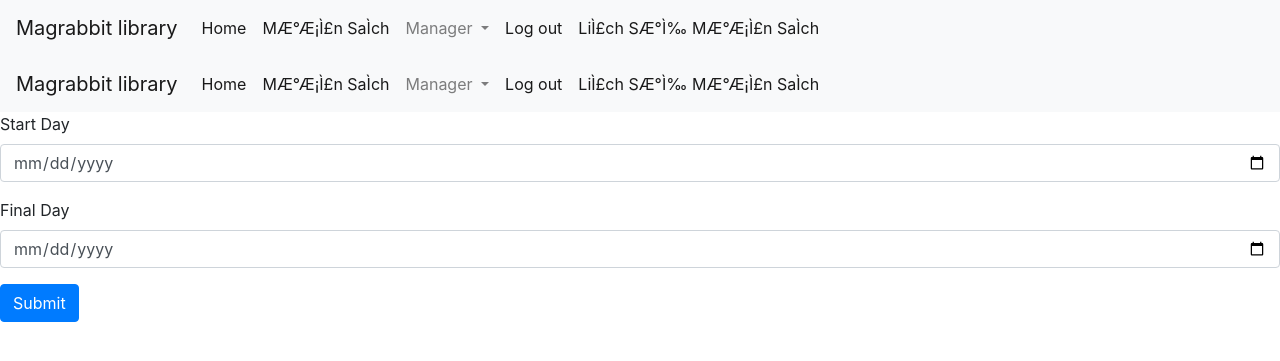
Repository: nguyenquocvuong010195/Jsp-Servlet
Page: http://localhost/JSP-Servlet-Buy/SearchDayServlet
The author's editor kept a copy of each file at every save. The page is drawn from the files as they stood at one save, then again after the next save.
The browser window is 1280 px wide. The pictures show the whole page.
The page is served by Tomcat 9.

Above is the page before, as saved 2020-08-03 06:32:17.

After the next save:
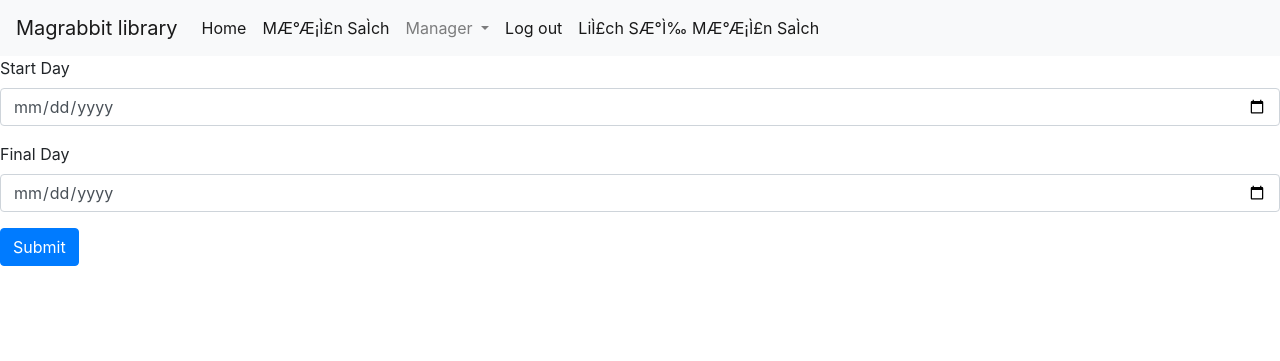
Saved 54 s later.
--- a/JSP-Servlet/JSP-Servlet-Buy/WebContent/searchDay.jsp
+++ b/JSP-Servlet/JSP-Servlet-Buy/WebContent/searchDay.jsp
@@ -13,7 +13,7 @@
 	src="https://cdnjs.cloudflare.com/ajax/libs/popper.js/1.16.0/umd/popper.min.js"></script>
 <script
 	src="https://maxcdn.bootstrapcdn.com/bootstrap/4.5.0/js/bootstrap.min.js"></script>
-<%@ include file="header.jsp"%>
+
 </head>
 <body>
 	<%@ include file="header.jsp"%>
